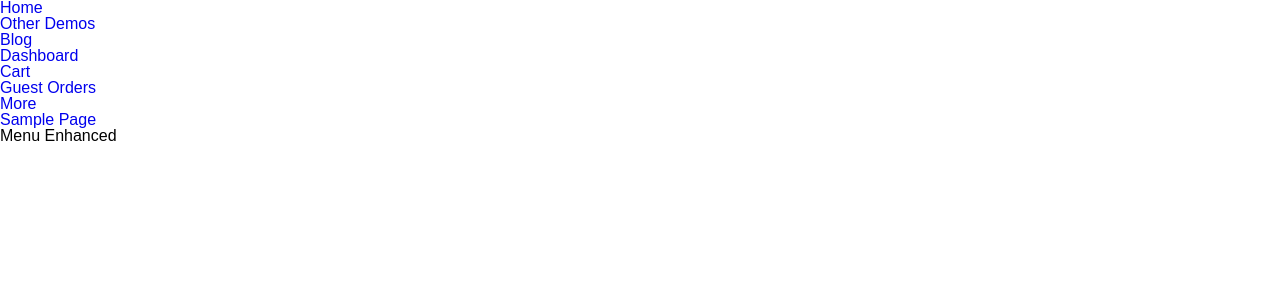
Repository: lannguyen1301/f8-zoom-day-5
Page: menu-enhanced.html
These files come from the project's save history. The page is drawn as it stood at one moment and after the next save; the edit follows.
The browser window is 1280 px wide. The pictures show the whole page.

Above is the page before, as saved 2025-04-21 13:03:13.

### menu-enhanced.html
<!DOCTYPE html>
<html lang="en">

<head>
    <meta charset="UTF-8">
    <meta name="viewport" content="width=device-width, initial-scale=1.0">
    <title>Menu Enhanced</title>
    <link rel="stylesheet" href="./assets/css/reset.css">
    <link rel="stylesheet" href="./assets/css/style.css">
</head>

<body>
    <nav class="navbar">
        <ul class="navbar-list">
            <li class="navbar-item active">
                <a href="!#" class="nabar-link">Home</a>
            </li>
            <li class="navbar-item">
                <a href="!#" class="nabar-link">Other Demos</a>
            </li>
            <li class="navbar-item">
                <a href="!#" class="nabar-link">Blog</a>
            </li>
            <li class="navbar-item">
                <a href="!#" class="nabar-link">Dashboard</a>
            </li>
            <li class="navbar-item">
                <a href="!#" class="nabar-link">Cart</a>
            </li>
            <li class="navbar-item">
                <a href="!#" class="nabar-link">Guest Orders</a>
            </li>
            <li class="navbar-item">
                <a href="!#" class="nabar-link">More</a>
            </li>
            <li class="navbar-item">
                <a href="!#" class="nabar-link">Sample Page</a>
            </li>
        </ul>
    </nav>

    <h1>Menu Enhanced</h1>
</body>

</html>

### assets/css/style.css
* {
    box-sizing: border-box;
}

html {
    font-size: 62.5%;
}

body {
    font-size: 1.6rem;
    font-family: "poppins", sans-serif;
}

/* commot*/
a {
    text-decoration: none;
}

.inner {
    margin: 0 auto;
    padding: 20px;
}

.title-desc {
    font-size: 3rem;
    text-align: center;
    font-weight: 900;
    color: orange;
}

Loaded but not shown: assets/css/reset.css (common file)

After the next save:
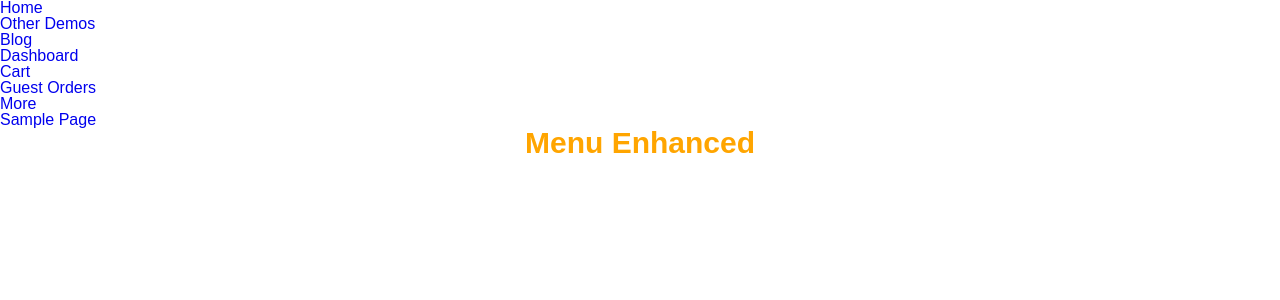
Saved 14 s later.
--- a/menu-enhanced.html
+++ b/menu-enhanced.html
@@ -39,7 +39,7 @@
         </ul>
     </nav>
 
-    <h1>Menu Enhanced</h1>
+    <h1 class="title-desc">Menu Enhanced</h1>
 </body>
 
 </html>
